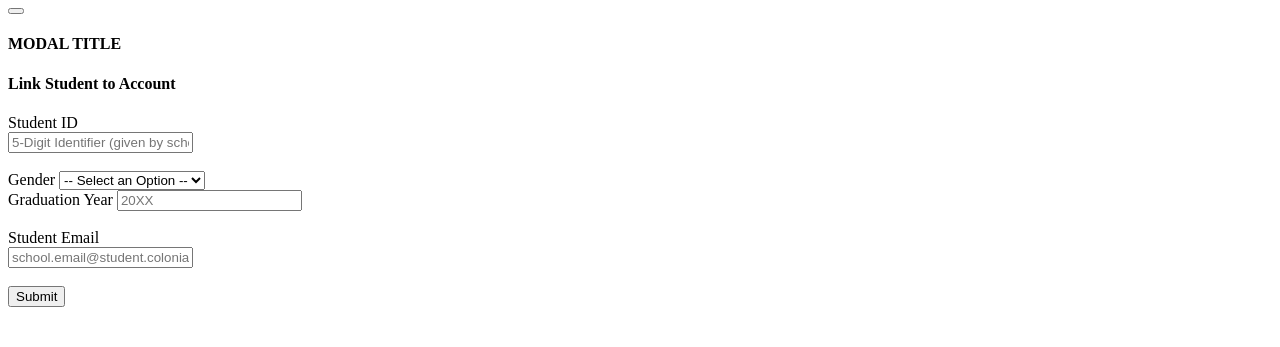
Repository: DavidGracias/florida_trip
Page: http://localhost/includes/modals/newStudentConnection.php
The author's editor kept a record of every edit. The page is drawn from the files as they stood at one moment, then again after the next edit.
The browser window is 1280 px wide. The pictures show the whole page.
The page is run by PHP 8.4 with error messages shown; the project is at /var/www/html/.

Above is the page before.
Console error: ReferenceError: $ is not defined

After the next edit:
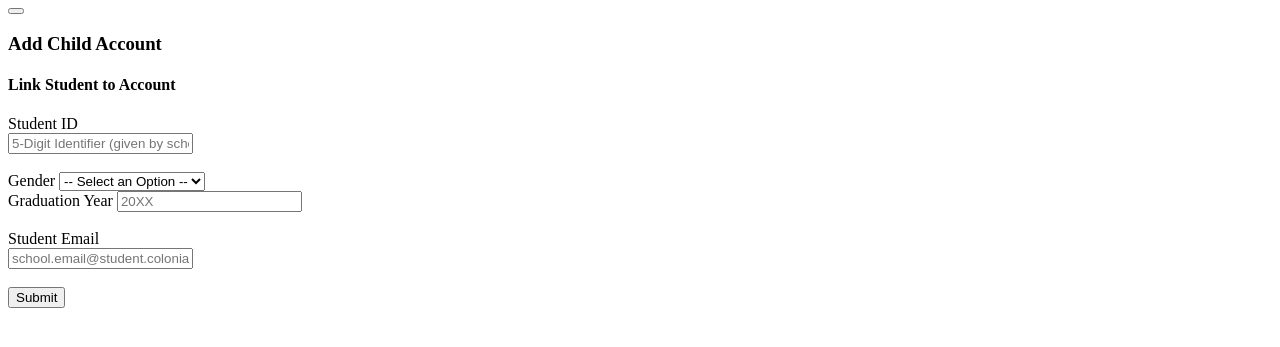
The edit:
--- a/includes/modals/newStudentConnection.php
+++ b/includes/modals/newStudentConnection.php
@@ -5,8 +5,8 @@
                 <button type="button" class="btn btn-danger pull-right" data-dismiss="modal">
                     <span class="fas fa-times"></span>
                 </button>
-                <h4 class="modal-title">
-                    MODAL TITLE
+                <h3 class="modal-title">
+                    Add Child Account
                 </h4>
             </div>
             <form class="modal-body">
